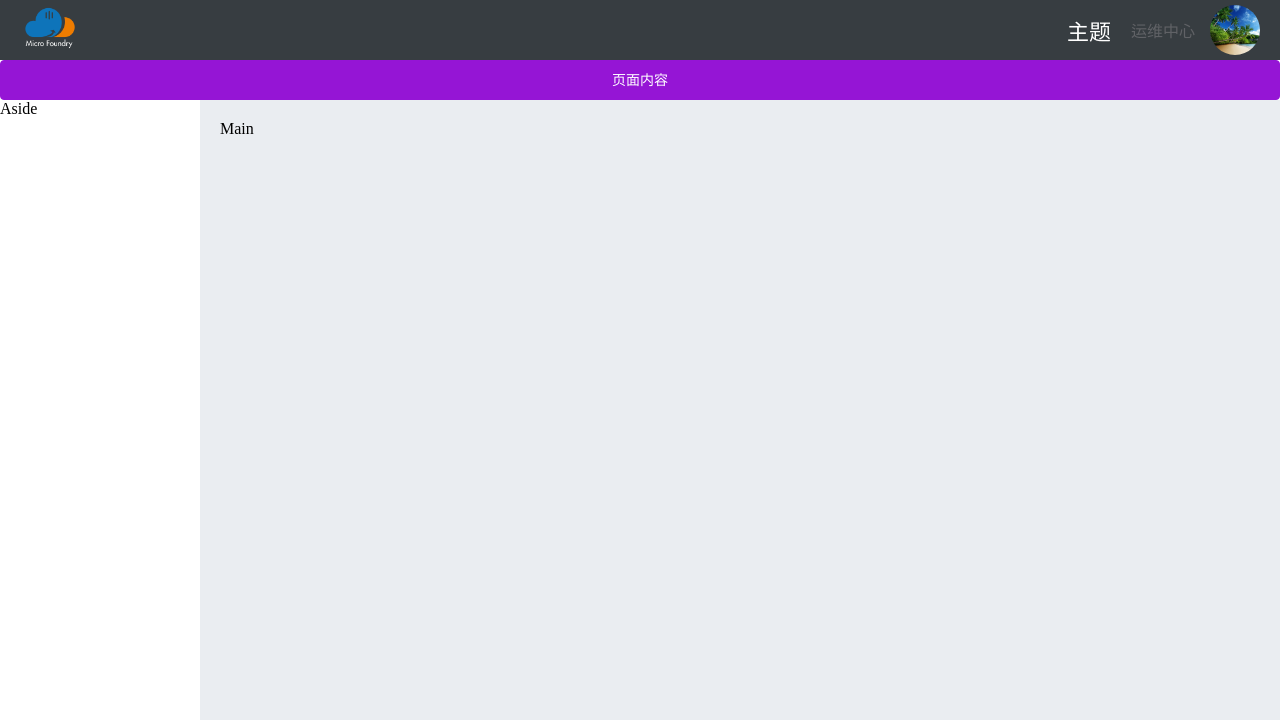
Repository: gyp-programmer/vue-shop
Page: /#/home
The author's editor kept a copy of each file at every save. The page is drawn from the files as they stood at one save, then again after the next save.
The browser window is 1280 px wide. The pictures show the whole page.
The project was rebuilt for these pictures with package versions that can differ from the ones it lists, and the page was loaded fresh each time. Also part of the build but not shown: vue.config.js, src/components/Login.vue.

Above is the page before, as saved 2020-09-24 14:01:14.

After the next save:
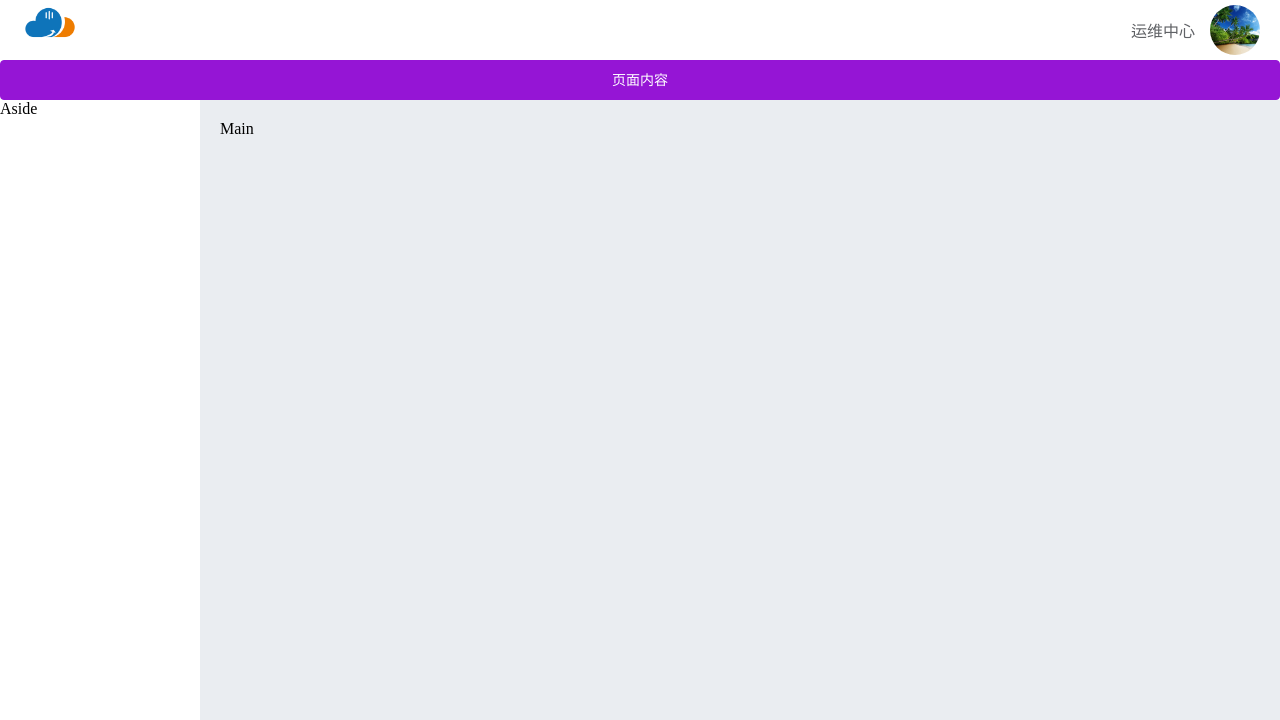
Saved 5 min 47 s later.
--- a/src/components/Home.vue
+++ b/src/components/Home.vue
@@ -78,7 +78,6 @@
 
 <style lang="scss" scoped>
 .el-header {
-  background-color: #373d41;
   display: flex;
   justify-content: space-between;
   align-items: center;
@@ -95,7 +94,7 @@
 .el-link.el-link--default {
         margin-right: 15px;
         font-size: 16px;
-        color: #fff;
+  color: #fff;
 }
 .el-main {
   background-color: #eaedf1;

After the save that followed:
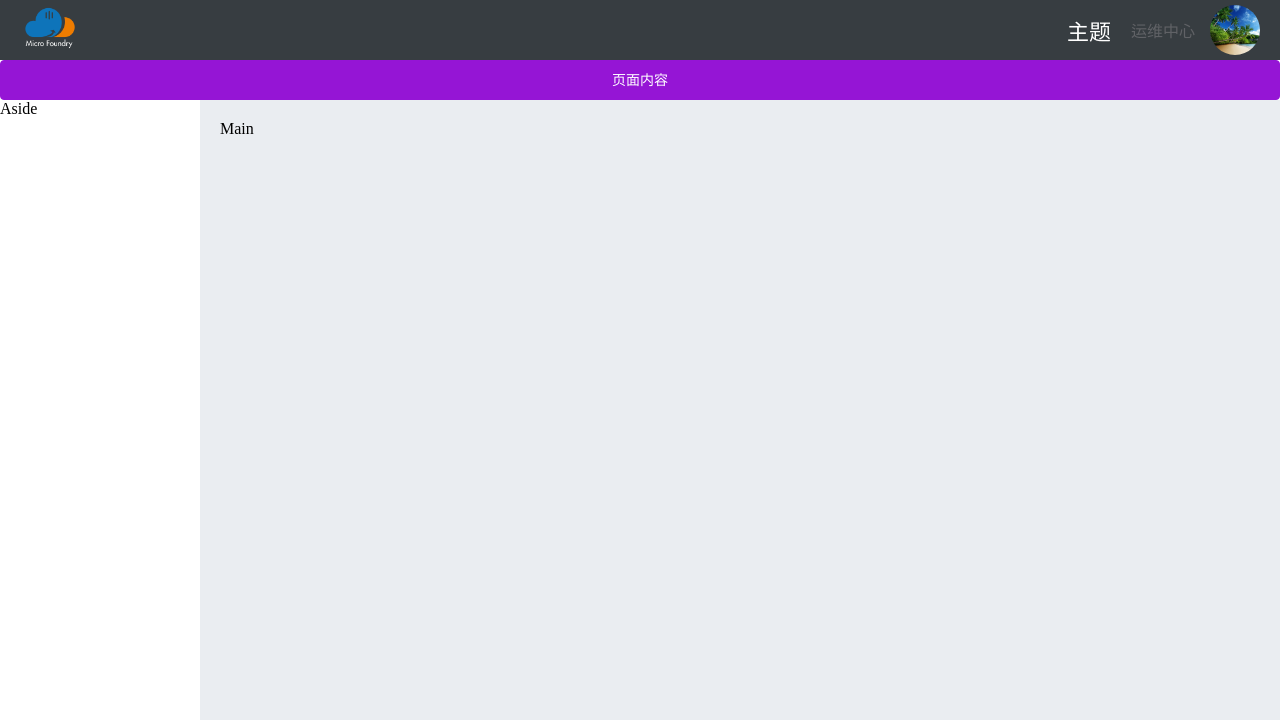
Saved 12 s later.
--- a/src/components/Home.vue
+++ b/src/components/Home.vue
@@ -78,6 +78,7 @@
 
 <style lang="scss" scoped>
 .el-header {
+  background-color: #373d41;
   display: flex;
   justify-content: space-between;
   align-items: center;
@@ -94,7 +95,7 @@
 .el-link.el-link--default {
         margin-right: 15px;
         font-size: 16px;
-  color: #fff;
+        color: #fff;
 }
 .el-main {
   background-color: #eaedf1;
